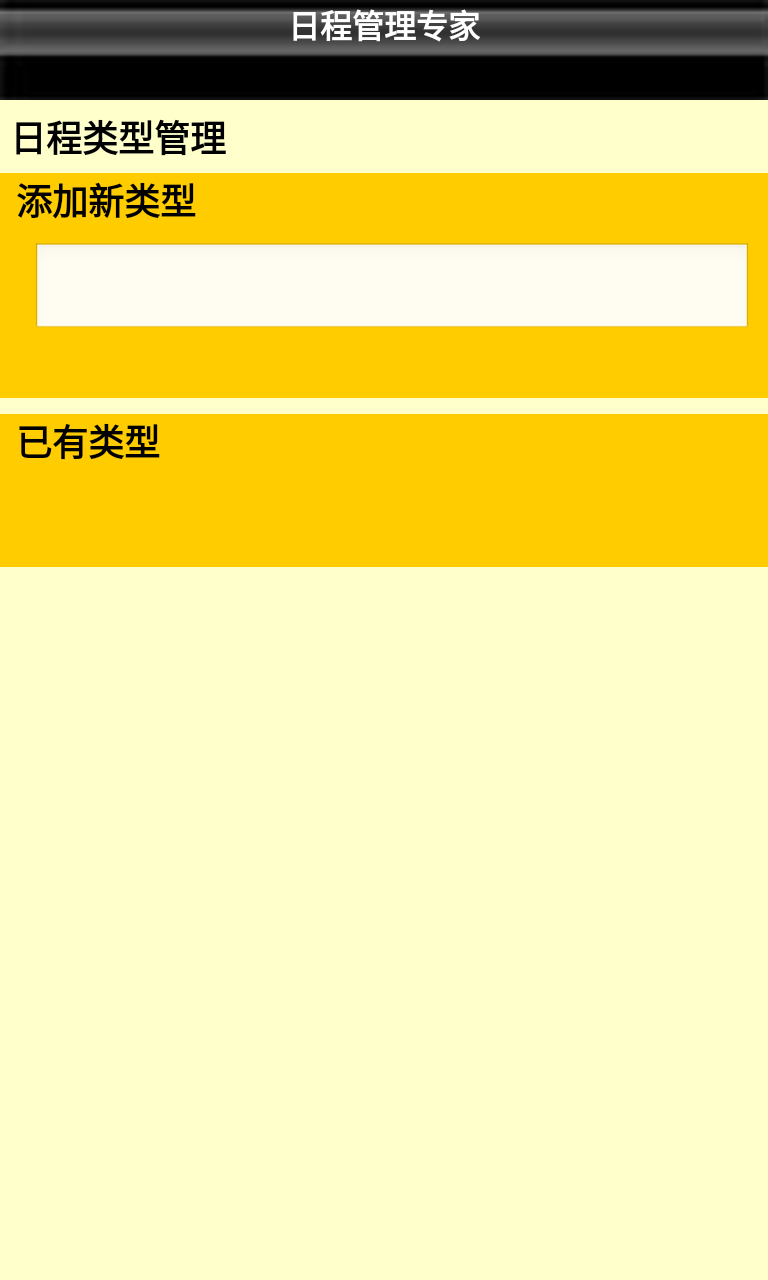
Repository: gogolaile/CoolWeather
Layout: DayDel/res/layout/add.xml
These files come from the project's save history. The layout is drawn as it stood at one moment and after the next save; the edit follows.
It is drawn on a 768 x 1280 px phone screen (xhdpi) without system bars, with theme android:Theme.NoTitleBar.Fullscreen; the app's code is not run. Lists and similar views that code fills are empty.

Above is the layout before, as saved 2015-12-05 10:04:28.

### DayDel/res/layout/add.xml
<LinearLayout xmlns:android="http://schemas.android.com/apk/res/android"
    android:layout_width="match_parent"
    android:layout_height="match_parent"
    android:background="#FFFFCC"
    android:orientation="vertical">

    <FrameLayout
        android:layout_width="match_parent"
        android:layout_height="50dp"
        android:background="@drawable/title">
    <TextView
        android:layout_width="wrap_content"
        android:layout_height="wrap_content"
        android:text="@string/day_manager"
        android:textSize="16sp"
        android:textColor="#FFFF"
        android:textStyle="bold"
        android:layout_gravity="center_horizontal"
        />
     </FrameLayout>
    <TextView
        android:layout_width="wrap_content"
        android:layout_height="wrap_content"
        android:text="@string/daytype_manage"
        android:textSize="18sp"
        android:textColor="#000"
        android:textStyle="bold"
        android:layout_margin="5dp"/>
      <LinearLayout
          android:layout_width="match_parent"
          android:layout_height="wrap_content"
          android:orientation="vertical"
          android:background="#FFCC00">
        <TextView
           android:layout_width="wrap_content"
           android:layout_height="wrap_content"
           android:text="@string/add_new_type"
           android:textColor="#000"
           android:textStyle="bold"
           android:textSize="18sp"
           android:layout_marginLeft="8dp"
            />
           <LinearLayout
                      android:layout_width="match_parent"
                      android:layout_height="wrap_content"
                      android:layout_margin="8dp"
                      android:orientation="horizontal">
                    <EditText
                        android:id="@+id/add_type_edit"
                        android:layout_width="match_parent"
                        android:layout_height="wrap_content"
                        android:textColor="#000"
                        android:textStyle="bold"
                        android:textSize="18sp"
                        android:layout_marginLeft="8dp"/>
                    <Button
                        android:id="@+id/add_type_button"
                        android:layout_width="wrap_content"
                        android:layout_height="wrap_content"
                        android:text="@string/add"
                        android:textColor="#000"
                        android:textStyle="bold"
                        android:textSize="18sp"
                        android:layout_gravity="left"
                      />
              </LinearLayout>
     </LinearLayout>
           <LinearLayout
          android:layout_width="match_parent"
          android:layout_height="wrap_content"
          android:orientation="vertical"
          android:background="#FFCC00"
          android:layout_marginTop="8dp">
          <TextView
           android:layout_width="wrap_content"
           android:layout_height="wrap_content"
           android:text="@string/existing_type"
           android:textColor="#000"
           android:textStyle="bold"
           android:textSize="18sp"
           android:layout_marginLeft="8dp"
                 />
     <ListView
             android:layout_width="match_parent"
             android:layout_height="match_parent"
             android:background="#FFCC00"
             android:layout_marginLeft="5dp"
             android:layout_marginRight="5dp"
             android:layout_marginBottom="50dp">
     </ListView>
     </LinearLayout>
</LinearLayout>

### DayDel/res/values/strings.xml
<?xml version="1.0" encoding="utf-8"?>
<resources>

    <string name="app_name">DayDel</string>
    <string name="hello_world">Hello world!</string>
    <string name="action_settings">Settings</string>
    <string name="day_manager">日程管理专家</string>
    <string name="duty">已有日程</string>
    <string name="type">类型</string>
    <string name="theme">主题</string>
    <string name="remark">备注</string>
    <string name="add">添加</string>
    <string name="comeback">返回上一页</string>
    <string name="add_new_type">添加新类型</string>
    <string name="type_manager">类型管理</string>
    <string name="existing_type">已有类型</string>
    <string name="complete">完成</string>
    <string name="cancel">取消</string>
    <string name="set_the_alarm">设置闹钟</string>
    <string name="set_the_time">设置日期和时间</string>
    <string name="edit">更改</string>
    <string name="search">搜索</string>
    <string name="search_result">查找结果</string>
    <string name="limited_date_range">限定日期范围</string>
    <string name="conditions_search">按条件搜索</string>
    <string name="search_from">从指定类型中搜索</string>
    <string name="choose_all_type">选定以上所有类型</string>
    <string name="metting">会议</string>
    <string name="memo">备忘</string>
    <string name="date">约会</string>
    <string name="backlog">待办</string>
    <string name="date_changed">修改日程</string>
    <string name="date_build">新建日程</string>
    <string name="day">日期:2011/06/19</string>
    <string name="time">时间:08:00</string>
    <string name="alarm">闹钟:无闹钟</string>
    <string name="daytype_manage">日程类型管理</string>
</resources>

After the next save:
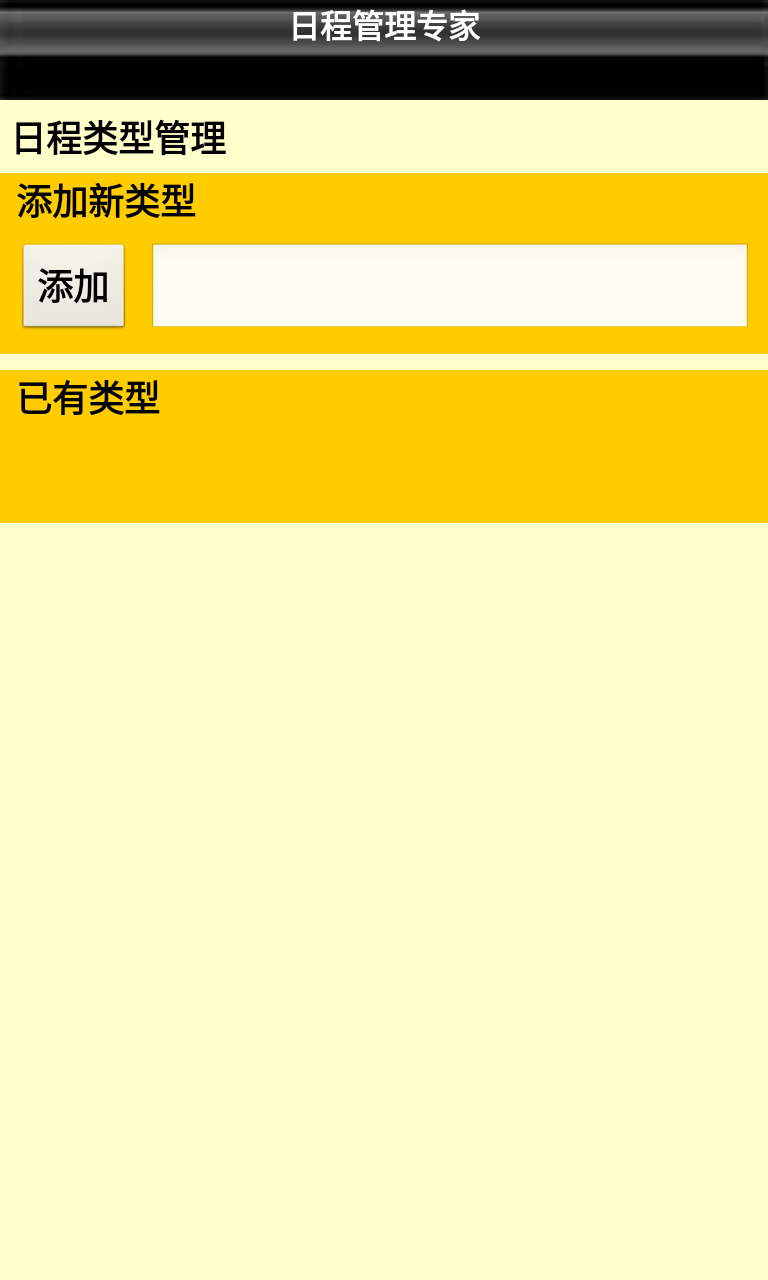
Saved 56 s later.
--- a/DayDel/res/layout/add.xml
+++ b/DayDel/res/layout/add.xml
@@ -45,15 +45,7 @@
                       android:layout_height="wrap_content"
                       android:layout_margin="8dp"
                       android:orientation="horizontal">
-                    <EditText
-                        android:id="@+id/add_type_edit"
-                        android:layout_width="match_parent"
-                        android:layout_height="wrap_content"
-                        android:textColor="#000"
-                        android:textStyle="bold"
-                        android:textSize="18sp"
-                        android:layout_marginLeft="8dp"/>
-                    <Button
+                                          <Button
                         android:id="@+id/add_type_button"
                         android:layout_width="wrap_content"
                         android:layout_height="wrap_content"
@@ -63,6 +55,15 @@
                         android:textSize="18sp"
                         android:layout_gravity="left"
                       />
+                    <EditText
+                        android:id="@+id/add_type_edit"
+                        android:layout_width="match_parent"
+                        android:layout_height="wrap_content"
+                        android:textColor="#000"
+                        android:textStyle="bold"
+                        android:textSize="18sp"
+                        android:layout_marginLeft="8dp"/>
+
               </LinearLayout>
      </LinearLayout>
            <LinearLayout
